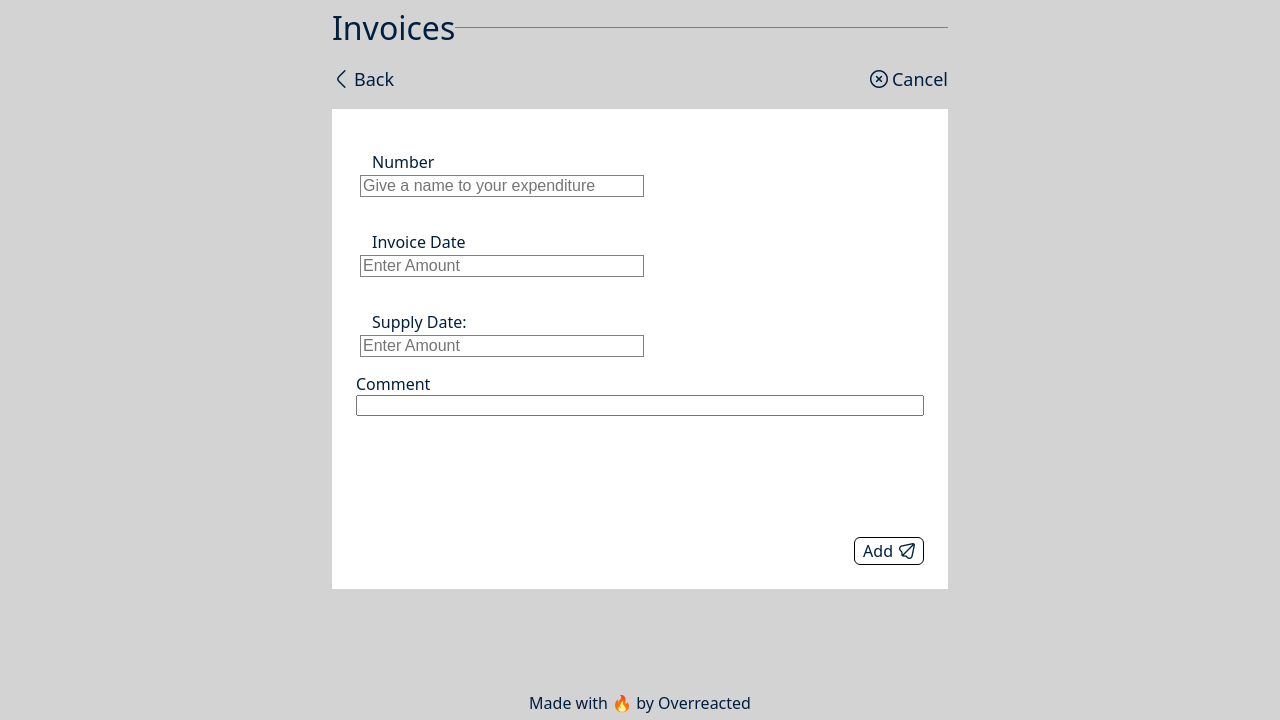
Repository: om1ars/task3
Page: /add-expense
The author's editor kept a copy of each file at every save. The page is drawn from the files as they stood at one save, then again after a run of saves.
The browser window is 1280 px wide. The pictures show the whole page.
Some web libraries are served in a nearby version. The project was rebuilt for these pictures with package versions that can differ from the ones it lists, and the page was loaded fresh each time. Also part of the build but not shown: src/components/expense-list/card.css, src/components/expense-list/card.js, src/components/expense-list/expense-list.css, src/components/expense-list/index.js, src/pages/home/home.css, src/pages/home/index.js.

Above is the page before, as saved 2021-12-18 15:08:47.

After the next 2 saves:
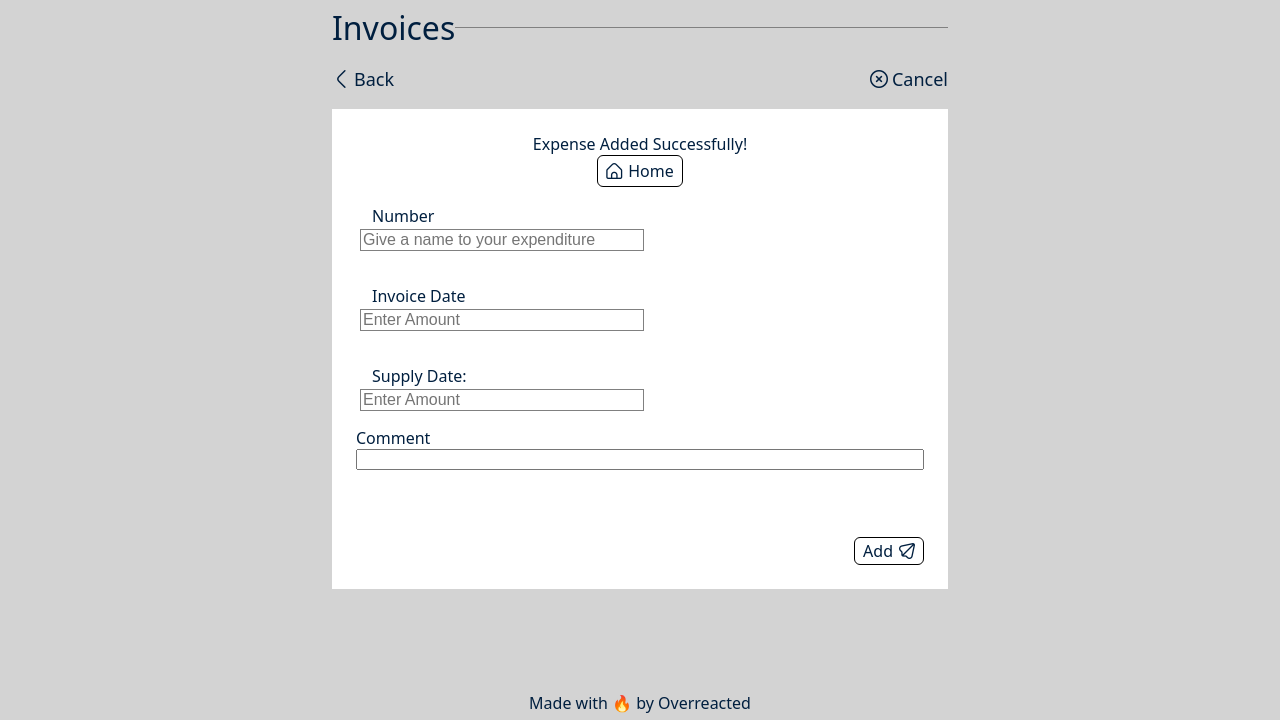
The 2 saves are shown as one change because they came seconds apart.
The last was saved 17 s later.
--- a/src/components/add-form/success-modal.js
+++ b/src/components/add-form/success-modal.js
@@ -16,7 +16,7 @@
     },
   };
   return (
-    <Modal isOpen={modalOpen} style={customStyles}>
+    // <Modal isOpen={modalOpen} style={customStyles}>
       <div className="modal-inner">
         <label>Expense Added Successfully!</label>
 
@@ -27,7 +27,7 @@
           </div>
         </Link>
       </div>
-    </Modal>
+    // </Modal>
   );
 };
 

After the save that followed:
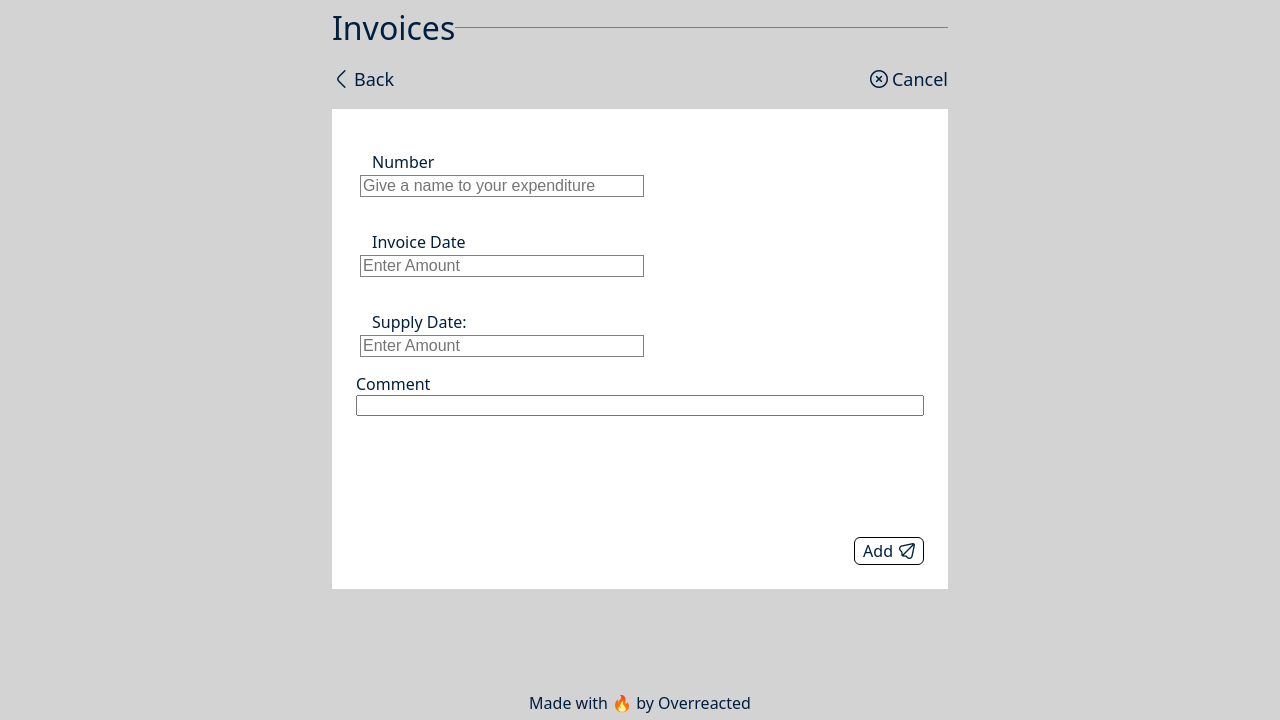
Saved 6 s later.
--- a/src/components/add-form/success-modal.js
+++ b/src/components/add-form/success-modal.js
@@ -16,7 +16,7 @@
     },
   };
   return (
-    // <Modal isOpen={modalOpen} style={customStyles}>
+    <Modal isOpen={modalOpen} style={customStyles}>
       <div className="modal-inner">
         <label>Expense Added Successfully!</label>
 
@@ -27,7 +27,7 @@
           </div>
         </Link>
       </div>
-    // </Modal>
+    </Modal>
   );
 };
 
